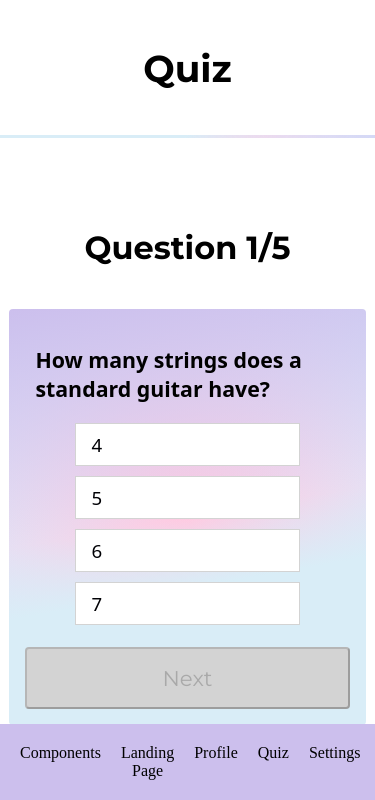
Repository: 1medi/pocketprof
Page: /quiz/page
The author's editor kept a copy of each file at every save. The page is drawn from the files as they stood at one save, then again after the next save.
The browser window is 375 px wide. The pictures show the whole page.
The project was rebuilt for these pictures with package versions that can differ from the ones it lists, and the page was loaded fresh each time. The framework's server and built-in components were replaced by stand-ins that run in the browser. Also part of the build but not shown: next.config.mjs, Components/Buttons/Oscar/Oscar.module.css, Components/Buttons/Oscar/index.js.

Above is the page before, as saved 2024-04-13 21:25:44.

### pages/quiz/page.jsx
'use client';
import React, { useState, useRef, useEffect } from 'react';
import { quiz } from "../data"
import styles from "./page.module.css"
import { Montserrat } from "next/font/google"
import Header from '@/Components/Header';
import NavBar from "@/Components/Navbar"


const notoSans = Montserrat({
  subsets: ['latin'],
});

export default function Page() {
  const [activeQuestion, setActiveQuestion] = useState(0);
  const [selectedAnswer, setSelectedAnswer] = useState('');
  const [checked, setChecked] = useState(false);
  const [selectedAnswerIndex, setSelectedAnswerIndex] = useState(null);
  const [showResult, setShowResult] = useState(false);
  const [result, setResult] = useState({
    score: 0,
    correctAnswers: 0,
    wrongAnswers: 0,
  });

  const nextButtonRef = useRef(null);

  const { questions } = quiz;
  const { answers, correctAnswer } = questions[activeQuestion];

  const onAnswerSelected = (answer, idx, event = null) => {
    if (event && event.type === 'keydown' && (event.key !== 'Enter' && event.key !== ' ')) {
      return;
    }
    setChecked(true);
    setSelectedAnswerIndex(idx);
    if (answer === correctAnswer) {
      setSelectedAnswer(true);
      console.log('true');
    } else {
      setSelectedAnswer(false);
      console.log('false');
    }
  };


  useEffect(() => {
    if (checked && nextButtonRef.current) {
      nextButtonRef.current.focus();
    }
  }, [checked]);

  const nextQuestion = () => {
    setSelectedAnswerIndex(null);
    setResult((prev) =>
      selectedAnswer
        ? {
            ...prev,
            score: prev.score + 5,
            correctAnswers: prev.correctAnswers + 1,
          }
        : {...prev,
            wrongAnswers: prev.wrongAnswers + 1,
          }
    );
    if (activeQuestion !== questions.length - 1) {
      setActiveQuestion((prev) => prev + 1);
    } else {
      setActiveQuestion(0);
      setShowResult(true);
    }
    setChecked(false);
  };

  return (
    <>
    <Header name="Quiz"/>
      <div className={`${styles.container}`}>
      <div>
        <h2 className={styles.activeQ}>
          Question {activeQuestion + 1}
          <span>/{questions.length}</span>
        </h2>
      </div>
      <div>
        {!showResult ? (
          <div className={styles.quizContainer}>
            <h3 className={styles.question}>{questions[activeQuestion].question}</h3>
            {answers.map((answer, idx) => (
              <li
                key={idx}
                onClick={() => onAnswerSelected(answer, idx)}
                onKeyDown={(event) => onAnswerSelected(answer, idx, event)}
                className={`${styles.answerList} ${selectedAnswerIndex === idx ? styles.itemSelected : styles.itemHover}`}
                tabIndex={0}>
                <span>{answer}</span>
              </li>
            ))}

            <button
              ref={nextButtonRef}
              onClick={nextQuestion}
              className={checked ? styles.btn : styles.btnDisabled}
              tabIndex={2}
              disabled={!checked}>
              {activeQuestion === questions.length - 1 ? 'Finish' : 'Next'}
            </button>
          </div>
        ) : (
          <div className={styles.quizContainer}>
            <h3 className={styles.hthree}>Results</h3>
            <h3 className={styles.hthree}>Overall {(result.score / (questions.length * 5)) * 100}%</h3>
            <p className={styles.paragraph}>
              Total Questions: <span>{questions.length}</span>
            </p>
            <p className={styles.paragraph}>
              Total Score: <span>{result.score}</span>
            </p>
            <p className={styles.paragraph}>
              Correct Answers: <span>{result.correctAnswers}</span>
            </p>
            <p className={styles.paragraph}>
              Wrong Answers: <span>{result.wrongAnswers}</span>
            </p>
            <button className={styles.btn} onClick={() => window.location.reload()}>Restart</button>
          </div>
        )}
      </div>
    </div>
    <NavBar/>
    </>

  );
};

### styles/globals.css
:root {
background-color: white;
align-content: center;
--main-color-purple: #53239B;
--main-color-lightpurple: #CCBFED;
--secondary-color-blue: #9AB7F9;
--secondary-color-lightblue: #CCE3FB;

--font-header: 34pt ;
--font-section-header: 28pt;
--font-sub-header: 24pt;
--font-button: 16pt;
--font-body: 16pt;
--font-secondary: 14pt;
--font-tertiary:12pt;

--headings: "Montserrat", "sans-serif";;
--body-text: "Noto Sans", sans-serif;

}


* {
    padding: 0;
    margin: 0;
  }

  ol,
  ul {
    list-style: none;
  }

### pages/data.js
export const quiz = {
    totalQuestions: 5,
    questions: [
      {
        id: 1,
        question: 'How many strings does a standard guitar have?',
        answers: ['4', '5', '6', '7'],
        correctAnswer: '6',
      },
      {
        id: 2,
        question: 'Which part of the guitar do you strum or pluck the strings with?',
        answers: ['Headstock', 'Fretboard', 'Body', 'Bridge'],
        correctAnswer: 'Body',
      },
      {
        id: 3,
        question: 'What is a pick used for in playing the guitar?',
        answers: ['Holding the strings down', 'Strumming or plucking the strings', 'Keeping the guitar in tune', 'San Marino'],
        correctAnswer: 'Strumming or plucking the strings',
      },
      {
        id: 4,
        question: 'What is the name of the thickest string on the guitar?',
        answers: ['A string', 'E string', 'D string', 'G string'],
        correctAnswer: 'E string',
      },
      {
        id: 5,
        question: 'Where do you place your fingers to play different notes on the guitar?',
        answers: ['On the body', 'On the headstock', 'On the strings over the fretboard', 'On the tuning pegs'],
        correctAnswer: 'On the strings over the fretboard',
      },
    ],
  };

### pages/quiz/page.module.css

@media only screen and (max-width:431px) {
  .container{
  padding: 1rem 0;
  background-color: white;
  width: 95%;
  margin: auto;
  margin-top: 3rem;
  border-radius: 10px;
  font-size: var(--font-body);

}

.activeQ{
  color: black;
  text-align: center;
  padding:10px;
  font-family: var(--headings);
}

.question{
  font-family: var(--body-text);
  font-size: var(--font-body);
  margin: 20px 10px;

}

.hthree {
  padding-bottom: 2rem;
  color: #000105;
  font-size: 1.8rem;
}

.btn {
  padding: 16px 8px;
  width: 100%;
  margin-top: 12px;
  font-size: var(--font-button);
  border-radius: 5px;
  cursor: pointer;
  background-color: var(--main-color-purple);
  color: #f8f8f8 bold;
  font-family: var(--headings);
  align-self: center;
}

.btnDisabled {
  background-color: lightgray;
  padding: 16px 8px;
  width: 100%;
  margin-top: 12px;
  font-size: var(--font-button);
  border-radius: 4px;
  color: darkgray;
  font-family: var(--headings);
  align-self: center;
}

.answerList {
  list-style-type: none;
  cursor: pointer;
  margin: 10px 50px;
  padding: 8px 15px;
  color: #000105;
  border: 1.5px solid lightgray;
  background-color: white;
  font-family: var(--body-text);
  font-size: var(--font-secondary);
}


.activeQ{
  margin: 1rem;
}

.itemHover:hover {
  background-color: #CCBFED;
  columns: #fff;
}

.itemSelected {
  color: #474747;
  background-color:#8E71D5;
}

.quizContainer {
  background: linear-gradient(-10deg, #d9edf7 35%, rgba(237, 202, 216, 0) 50%, var(--main-color-lightpurple)), radial-gradient(circle, #ffcae1 0, #daeafc 100%);
  padding: 1rem;
  margin-top: 2rem;
  border-radius: 4px;
}

.paragraph {
  padding: 8px 0;
}

}

### Components/Header/index.js
import styles from "@/Components/Header/Header.module.css"
import Link from "next/link"
import { Montserrat } from "next/font/google"

const montserrat = Montserrat({
  subsets: ['latin'],
});
export default function Header({name}){
  return (
    <>
    <header className={styles.header}>

      <h1 className={styles.headerTitle}>{name}</h1>
    </header>
    </>
  )
}

### Components/Navbar/index.js
import styles from "./Navbar.module.css"
import Oscar from "@/Components/Buttons/Oscar"
import Link from "next/link"

export default function NavBar() {
  return (
    <nav className={styles.nav}>
        <div className={styles.navContainer}>
          <ul className={styles.navOptions}>
            <li className={styles.navLink}>
            <Link href={'/Components'} className={styles.navText}>Components </Link>
            </li>
            <li className={styles.navLink}>
            <Link href={'/LandingPage'} className={styles.navText}>Landing Page </Link>
            </li>
            <li className={styles.navLink}>
            <Link href={'/Profile'} className={styles.navText}>Profile </Link>
            </li>
            <li className={styles.navLink}>
            <Link href={'/QuizPage'} className={styles.navText}>Quiz</Link>
            </li>
            <li className={styles.navLink}>
            <Link href={'/Settings'} className={styles.navText}>Settings</Link>
            </li>
            <li className={styles.navLink}>
            <Link href={'/Subjects'} className={styles.navText}>Subjects</Link>
            </li>
          </ul>

        </div>
    </nav>
  )
}

### Components/Header/Header.module.css
.header{
  max-height: 400;
  height: 6em;
  position: relative;
  padding: 1.3rem;
  backdrop-filter: blur(10px);
  }

  .header::before {
    content: "";
    position: absolute;
    inset: 0;
    border-bottom: 3px solid transparent;
    background: linear-gradient(140deg,  #d9edf7 35%, rgba(237, 202, 216, 0) 50%, var(--main-color-lightpurple)), radial-gradient(circle, #ffcae1 0, #daeafc 100%) border-box;
    mask: linear-gradient(#fff 0 0) padding-box, linear-gradient(#fff 0 0);
    mask-composite: exclude;
  }


.headerTitle{
  text-align: center;
  margin:auto;
  display: flex;
  justify-content: center;
  color: black;
  padding-top: 25px;
  font-family: var(--headings);
  font-size: var(--font-section-header);
}

### Components/Navbar/Navbar.module.css
@media only screen and (max-width:430px) {
  .nav {
  position: fixed;
  bottom: 0;
  left: 0;
  width: 100%;
  display: flex;
  flex-direction: row;
  background-color:var(--main-color-lightpurple);
  justify-content: space-around;
}

.navContainer{
  position: relative;
  justify-content: space-around;
  width: 100%;
}
.buttonContainer{
  padding:10px;

}

.navOptions{
  display: flex;
  flex-direction: row;
  text-align: center;
  justify-content: space-around;
  padding: 10px;
  text-decoration: none;
}

.navLink{
  padding: 10px;
  border-radius: 10px;
  text-decoration: none;
  list-style: none;
  position: relative;
  justify-content: center;
}

.image:hover{
  background-color: #8b82a4;
}

.navText{
  text-decoration: none;
  list-style: none;
  color:black;
}

.navText:visited{
  text-decoration: none;
  list-style: none;
  color: black;
}
}

Loaded but not shown: pages/_app.js (common file); pages/_document.js (common file)

After the next save:
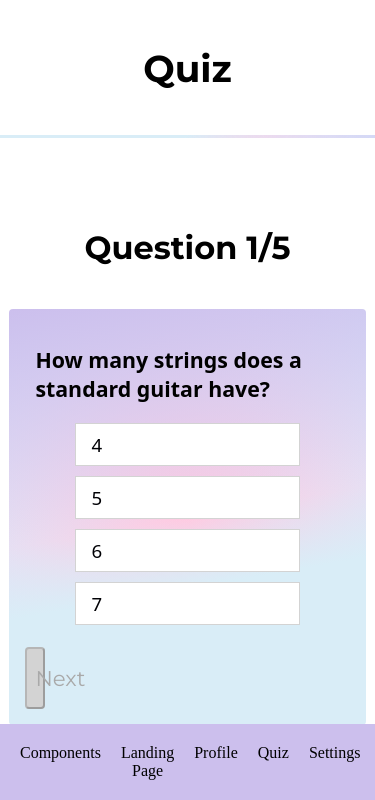
Saved 79 s later.
--- a/pages/quiz/page.module.css
+++ b/pages/quiz/page.module.css
@@ -39,7 +39,7 @@
   border-radius: 5px;
   cursor: pointer;
   background-color: var(--main-color-purple);
-  color: #f8f8f8 bold;
+  color: white;
   font-family: var(--headings);
   align-self: center;
 }
@@ -47,7 +47,7 @@
 .btnDisabled {
   background-color: lightgray;
   padding: 16px 8px;
-  width: 100%;
+  width: 0%;
   margin-top: 12px;
   font-size: var(--font-button);
   border-radius: 4px;

After the 2 saves that followed:
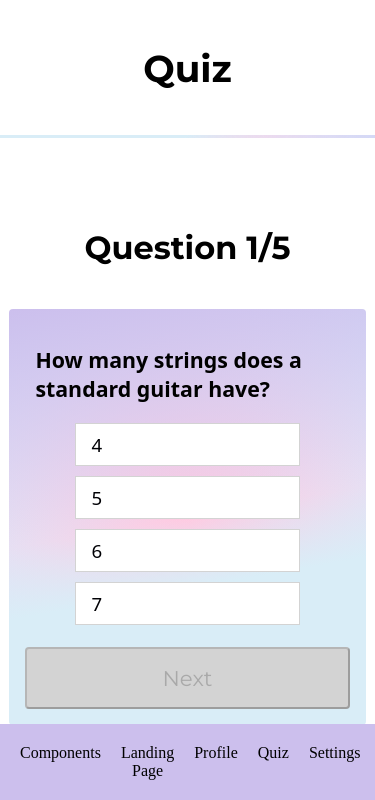
The 2 saves are shown as one change because 1 left the picture as it was.
The last was saved 35 s later.
--- a/pages/quiz/page.module.css
+++ b/pages/quiz/page.module.css
@@ -47,13 +47,12 @@
 .btnDisabled {
   background-color: lightgray;
   padding: 16px 8px;
-  width: 0%;
+  width: 100%;
   margin-top: 12px;
   font-size: var(--font-button);
   border-radius: 4px;
   color: darkgray;
   font-family: var(--headings);
-  align-self: center;
 }
 
 .answerList {
